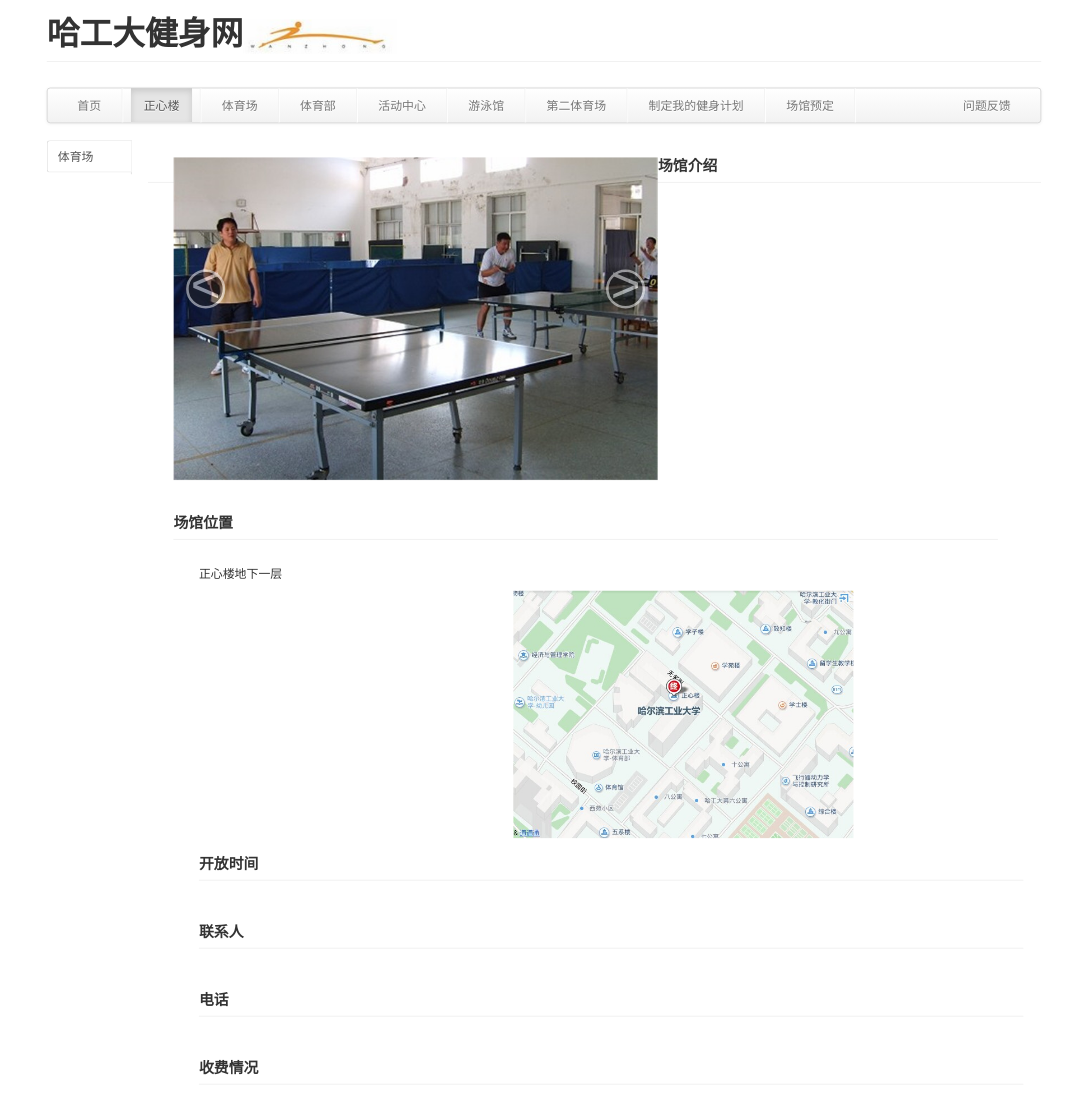
Repository: hitDeveloper/fitness
Page: http://localhost/project/gym.jsp
An editor plug-in stored every save of this project. The page is shown before and after the next save, followed by the edit.
The browser window is 1280 px wide. The pictures show the whole page, at 85% of full size.
The page is served by Tomcat 9. Nobody is signed in. The application's start-up code is not run. Other server files are loaded and not shown.

Above is the page before, as saved 2014-11-04 14:35:45.

### Project/project/WebRoot/gym.jsp
<%@ page language="java" import="java.util.*" pageEncoding="UTF-8"%>
<!DOCTYPE html>
<html>
<head>
<title>首页</title>
	<meta name="viewport" content="width=device-width, initial-scale=1.0"  charset="utf-8">
	<link href="bootstrap.min.css" rel="stylesheet" type="text/css" media="screen">
	<link href="bootstrap-responsive.min.css" rel="stylesheet" type="text/css">
</head>
<body>
<div class="container">
<h1 class="page-header" >哈工大健身网<img src="image/logo.jpg"></h1>
<div class="navbar">
<div class="navbar-inner">
<div class="container">
<ul class="nav">
	<li ><a href="main.jsp">首页</a></li>
	<li class="divider-vertical"></li>
	<li class="active"><a href="zhengxin.jsp">正心楼</a></li>
	<li class="divider-vertical"></li>
	<li><a href="gym.jsp">体育场</a></li>
	<li class="divider-vertical"></li>
	<li><a href="tiyubu.jsp">体育部</a></li>
	<li class="divider-vertical"></li>
	<li><a href="center.jsp">活动中心</a></li>
	<li class="divider-vertical"></li>
	<li><a href="swimming.jsp">游泳馆</a></li>
	<li class="divider-vertical"></li>
	<li><a href="gym2.jsp">第二体育场</a></li>
	<li class="divider-vertical"></li>
	<li><a href="myplan.jsp">制定我的健身计划</a></li>
	<li class="divider-vertical"></li>
	<li><a href="myplan.jsp">场馆预定</a></li>
	<li class="divider-vertical"></li>
</ul>
<ul class="nav pull-right">
	<li><a href="problem.jsp">问题反馈</a></li>
</ul>
</div>
</div>
</div>

<div class="tabbable tabs-left">
<ul class="nav nav-tabs">
	<li class="active"><a href="#tiyuchang" data-toggle="tab">体育场</a></li>
</ul>
<div class="tab-content">
<div class="tab-pane active" id="tiyuchang">
<div class="span6">
<div class="carousel slide" id="carousel1">
<div class="carousel-inner">
<div class="item active">
<img src="image/gym/zhengxinlou/pingpangqiu/200791011446618.jpg" alt="">
</div>
<div class="item">
<img src="image/gym/zhengxinlou/pingpangqiu/160S0355A4.jpg" alt="">
</div>
<div class="item">
<img src="image/gym/zhengxinlou/pingpangqiu/7096_1324380234pF3x.jpg" alt="">
</div>
<div class="item">
<img src="image/gym/zhengxinlou/pingpangqiu/2013222161721926.jpg" alt="">
</div>
</div>
<a href="#carousel1" data-slide="prev" class="left carousel-control"><</a>
<a href="#carousel1" data-slide="next" class="right carousel-control">></a>
</div>
</div>
<div>
<h4 class="page-header">场馆介绍</h4>
<p></p>
</div>
<div class="span10">
<h4 class="page-header">场馆位置</h4>
<div class="span4">
<p>正心楼地下一层</p>
</div>
<div class="span8">
<img src="image/1.jpg" class="pull-right" width="400">
</div>
<div class="span10">
<h4 class="page-header">开放时间</h4>
<p></p>
</div>
<div class="span10">
<h4 class="page-header">联系人</h4>
<p></p>
</div>
<div class="span10">
<h4 class="page-header">电话</h4>
<p></p>
</div>
<div class="span10">
<h4 class="page-header">收费情况</h4>
<p></p>
</div>
</div>
</div>
</div>


</div>
</div>
		<script src="jquery-1.11.1.min.js"></script>
		<script src="bootstrap.min.js"></script>
</body>
</html>

Loaded but not shown: Project/project/WebRoot/bootstrap.min.css (library); Project/project/WebRoot/bootstrap-responsive.min.css (library); Project/project/WebRoot/jquery-1.11.1.min.js (library); Project/project/WebRoot/bootstrap.min.js (library)

After the next save:
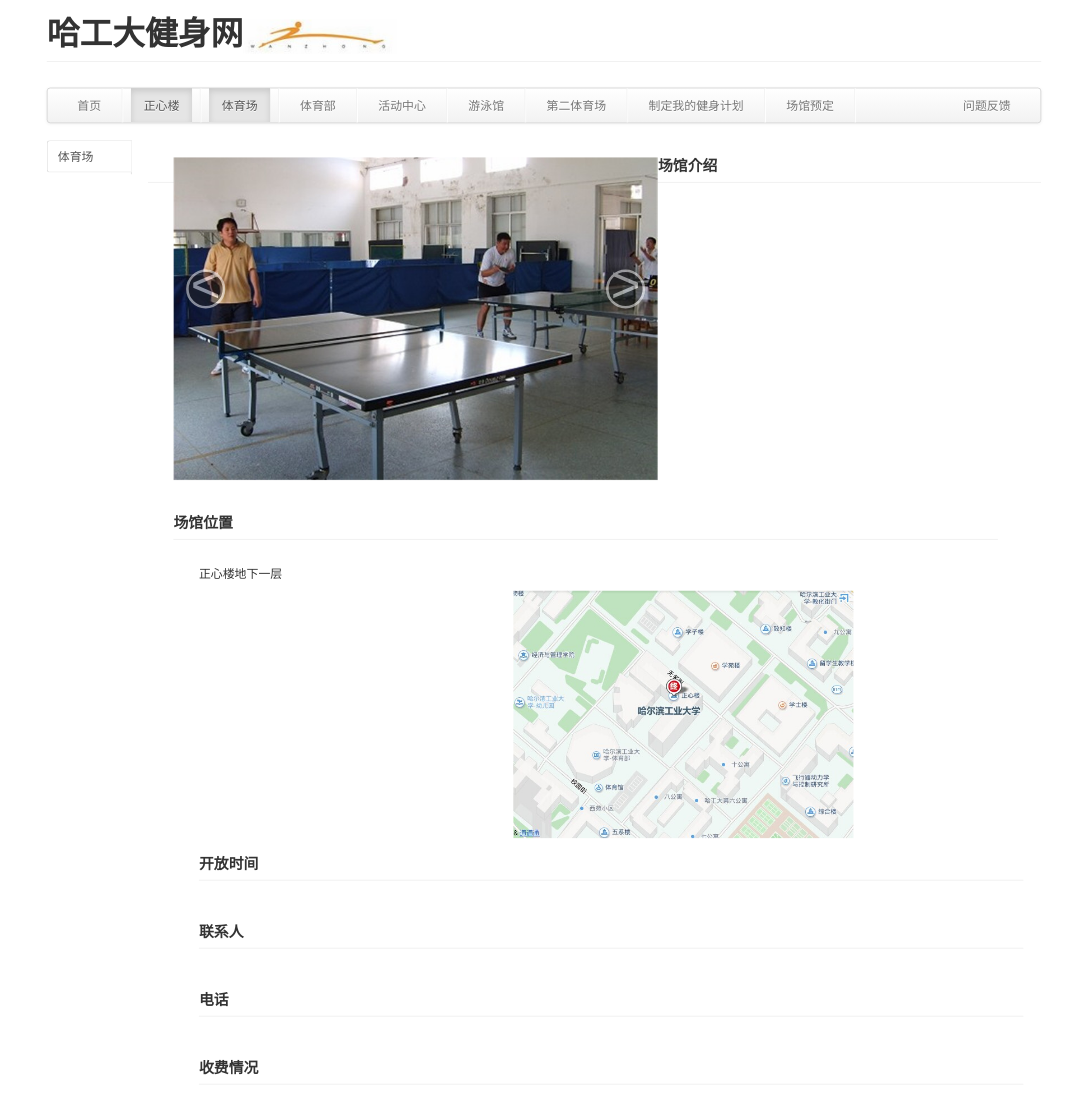
Saved 55 s later.
--- a/Project/project/WebRoot/gym.jsp
+++ b/Project/project/WebRoot/gym.jsp
@@ -18,7 +18,7 @@
 	<li class="divider-vertical"></li>
 	<li class="active"><a href="zhengxin.jsp">正心楼</a></li>
 	<li class="divider-vertical"></li>
-	<li><a href="gym.jsp">体育场</a></li>
+	<li class="active"><a href="gym.jsp">体育场</a></li>
 	<li class="divider-vertical"></li>
 	<li><a href="tiyubu.jsp">体育部</a></li>
 	<li class="divider-vertical"></li>
